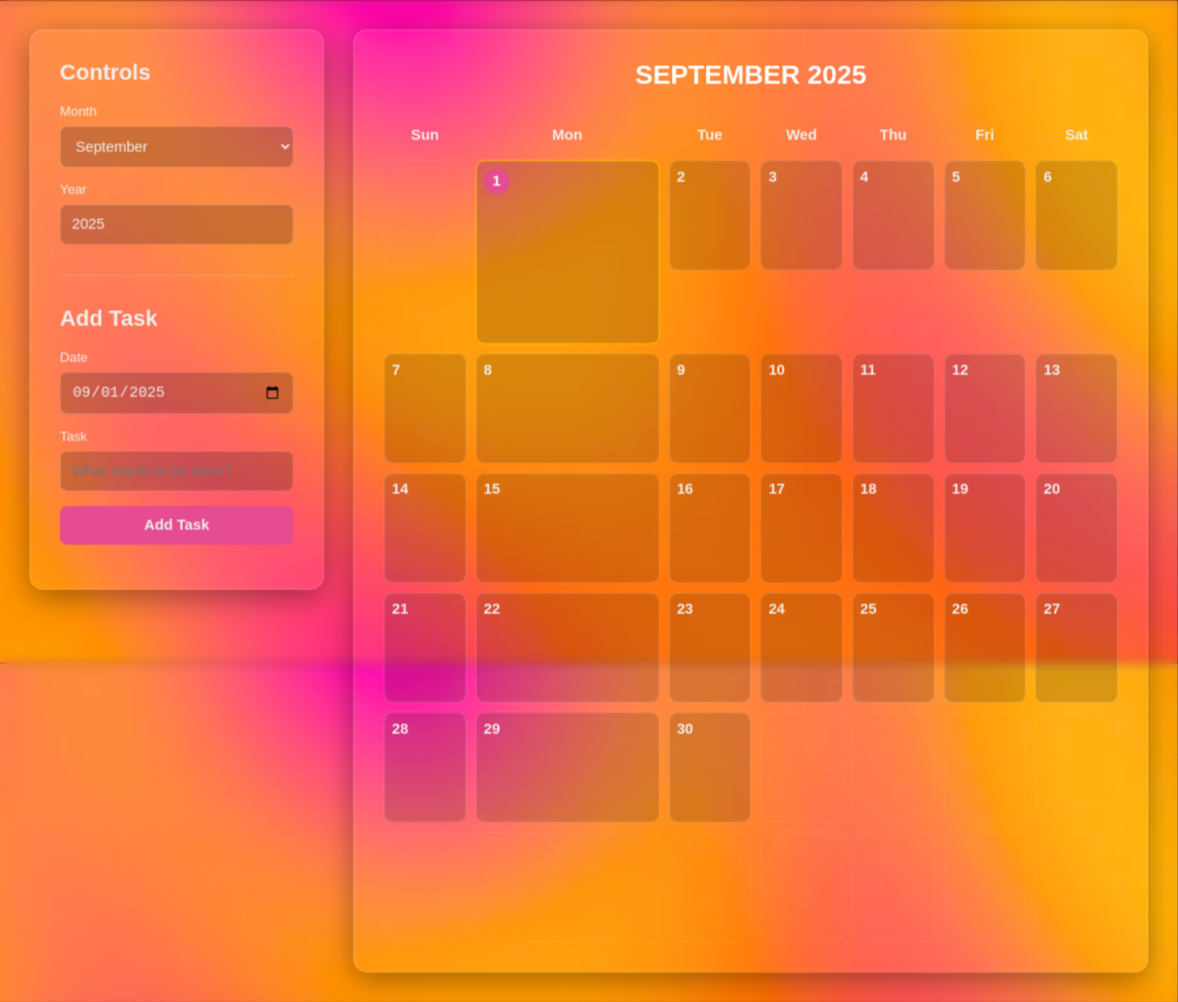
Repository: TanujaNair03/ToDo
Page: static/index.html
An editor plug-in stored every save of this project. The page is shown before and after the next save, followed by the edit.
The browser window is 1280 px wide. The pictures show the whole page, at 92% of full size.
The page's requests for data from a server got no answer. Backgrounds fixed to the window are drawn as part of the page.

Above is the page before, as saved 2025-09-01 16:22:42.

### static/index.html
<!DOCTYPE html>
<html lang="en">
<head>
    <meta charset="UTF-8">
    <meta name="viewport" content="width=device-width, initial-scale=1.0">
    <title>Aesthetic Calendar</title>
    <style>
        :root {
            --glass-bg: rgba(255, 255, 255, 0.05);
            --glass-border: rgba(255, 255, 255, 0.2);
            --text-color: #f0f0f0;
            --accent-primary: #e54c91; /* Pink */
            --accent-secondary: #ffc800; /* Yellow */
        }
        * {
            box-sizing: border-box;
        }

        body {
            font-family: 'Poppins', sans-serif;
            color: var(--text-color);
            margin: 0;
            padding: 2rem;
            min-height: 100vh;
            background-color: #1a1a2e; /* Fallback color */
            background-image: url('./static/aura.jpg'); /* Path to your image */
            background-repeat: no-repeat;
            background-attachment: fixed;
            background-size: cover;
            background-position: center;
            backdrop-filter: blur(5px);
            -webkit-backdrop-filter: blur(10px);
        }

        #app {
            display: flex;
            gap: 2rem;
            width: 100%;
            max-width: 1300px;
            margin: 0 auto;
            align-items: flex-start;
        }

        .glass-pane {
            background: var(--glass-bg);
            backdrop-filter: blur(20px);
            -webkit-backdrop-filter: blur(20px);
            border: 1px solid var(--glass-border);
            box-shadow: 0 8px 32px 0 rgba(0, 0, 0, 0.37);
            border-radius: 15px;
            padding: 2rem;
        }

        .sidebar {
            width: 320px;
            height: fit-content;
            flex-shrink: 0;
        }
        .sidebar h2 { margin-top: 0; color: var(--text-color); }
        .form-group { margin-bottom: 1rem; }
        .form-group label { display: block; margin-bottom: 0.5rem; font-size: 0.9rem; }
        .form-group input, .form-group select, .form-group button {
            width: 100%; padding: 0.75rem; border: 1px solid var(--glass-border);
            border-radius: 8px; background: rgba(0,0,0,0.2);
            color: var(--text-color); font-size: 1rem;
        }
        .form-group button {
            background: var(--accent-primary); cursor: pointer; font-weight: bold;
            transition: background 0.2s ease; border: none;
        }
        .form-group button:hover { background: var(--accent-secondary); color: #1a1a2e; }

        .calendar-container {
            flex-grow: 1;
        }
        .calendar-header { display: flex; justify-content: center; align-items: center; }
        .calendar-header h1 {
            font-size: 1.8rem;
            font-weight: bold;
            color: #ffffff;
            margin: 0;
            text-transform: uppercase;
        }
        .calendar-grid {
            display: grid;
            grid-template-columns: repeat(7, 1fr);
            gap: 10px;
            width: 100%;
            margin-top: 2rem;
            position: relative;
        }
        .day-header { text-align: center; font-weight: bold; color: var(--text-color); padding: 0.5rem 0; }

        .day-cell {
            height: 120px;
            /* REMOVED fixed width to allow grid to be responsive */
            overflow: hidden;
            padding: 8px;
            background: rgba(0, 0, 0, 0.15);
            border: 1px solid var(--glass-border);
            border-radius: 10px;
            transition: transform 0.3s ease, background 0.3s ease, height 0.3s ease;
            cursor: pointer;
        }

        .day-cell > div {
            display: flex;
            flex-direction: column;
            height: 100%;
        }

        .day-cell:hover {
            transform: translateY(-5px);
            background: rgba(255, 255, 255, 0.1);
        }

        /* --- THIS IS THE FIRST PART YOU WERE LOOKING FOR --- */
        /* This rule makes the current day's cell larger by default. */
        .day-cell.today-cell {
            height: 200px;
            width: 200px;
            border: 1px solid var(--accent-secondary);
        }

        .day-cell.expanded {
            height: auto;
            min-height: 200px;
            max-height: 400px;
            min-width: 200px;
            max-width: 400px;
            background: rgba(40, 40, 60, 0.7);
            transform: scale(1.05);
            z-index: 10;
            box-shadow: 0 12px 40px rgba(0, 0, 0, 0.5);
            overflow: hidden;
        }

        .day-cell.other-month {
            background: transparent;
            opacity: 0.4;
            cursor: default;
        }
        .day-number { font-weight: bold; margin-bottom: 8px; }
        .day-number.today {
            background-color: var(--accent-primary); color: white;
            border-radius: 50%; width: 28px; height: 28px;
            display: flex; align-items: center; justify-content: center;
        }
        .task-list {
            list-style: none;
            padding: 0;
            font-size: 0.85rem;
            overflow-y: auto;
            flex-grow: 1;
        }
        .task-item { display: flex; align-items: center; margin-bottom: 4px; gap: 6px; }
        .task-item input[type="checkbox"] { flex-shrink: 0; }
        .task-item span.done { text-decoration: line-through; opacity: 0.6; }

        .task-item span {
            flex-grow: 1;
            overflow-wrap: break-word;
            word-break: normal;
        }
        .edit-input { width: 100%; background: #444; color: white; border: 1px solid var(--accent-primary); border-radius: 4px; padding: 2px; }
        .task-actions { cursor: pointer; margin-left: auto; display: flex; gap: 5px; }

        .more-tasks-indicator {
            font-size: 0.75rem;
            color: var(--accent-secondary);
            text-align: center;
            margin-top: auto;
            padding-top: 10px;
            font-style: italic;
        }
    </style>
</head>
<body>

<div id="app">
    <div class="sidebar glass-pane">
        <h2>Controls</h2>
        <div class="form-group">
            <label for="month">Month</label>
            <select id="month" v-model="selectedMonth">
                <option v-for="(month, index) in months" :value="index + 1">{{ month }}</option>
            </select>
        </div>
        <div class="form-group">
            <label for="year">Year</label>
            <input type="number" id="year" v-model="selectedYear">
        </div>
        <hr style="border-color: rgba(255,255,255,0.2); margin: 2rem 0;">
        <h2>Add Task</h2>
        <form @submit.prevent="addTask">
            <div class="form-group">
                <label for="taskDate">Date</label>
                <input type="date" id="taskDate" v-model="newTask.date" required>
            </div>
            <div class="form-group">
                <label for="taskDesc">Task</label>
                <input type="text" id="taskDesc" v-model="newTask.task" placeholder="What needs to be done?" required>
            </div>
            <div class="form-group">
                <button type="submit">Add Task</button>
            </div>
        </form>
    </div>
    <div class="calendar-container glass-pane">
        <div class="calendar-header">
            <h1>{{ monthName }} {{ selectedYear }}</h1>
        </div>
        <div class="calendar-grid">
            <div class="day-header" v-for="day in dayNames">{{ day }}</div>
            <div v-for="day in calendarDays"
                 class="day-cell"
                 :class="{
                    'other-month': !day.isCurrentMonth,
                    'expanded': day.dateStr === expandedDateStr,
                    'today-cell': day.isToday
                 }"
                 @click="toggleExpandDay(day.dateStr)">
                <div v-if="day.date">
                    <div class="day-number" :class="{'today': day.isToday}">{{ day.date.getDate() }}</div>
                    <ul class="task-list" @click.stop>
                        <li v-for="(task, index) in day.tasks" class="task-item">
                            <template v-if="editingDate === day.dateStr && editingIndex === index">
                                <input type="text" v-model="editingText" @keyup.enter="saveEdit" @keyup.esc="cancelEditing" class="edit-input" v-focus>
                                <div class="task-actions">
                                    <span @click="saveEdit">✔️</span>
                                    <span @click="cancelEditing">❌</span>
                                </div>
                            </template>
                            <template v-else>
                                <input type="checkbox" :checked="task.done" @change="updateTaskStatus(day.dateStr, index, $event.target.checked)">
                                <span :class="{'done': task.done}">{{ task.task }}</span>
                                <div class="task-actions">
                                    <span @click="startEditing(day.dateStr, index, task.task)">✏️</span>
                                    <span @click="deleteTask(day.dateStr, index)">🗑️</span>
                                </div>
                            </template>
                        </li>
                    </ul>
                    <div v-if="day.tasks.length > 2 && day.dateStr !== expandedDateStr" class="more-tasks-indicator">
                        + {{ day.tasks.length - 2 }} more
                    </div>
                </div>
            </div>
        </div>
    </div>
</div>
<script src="https://unpkg.com/vue@3/dist/vue.global.js"></script>
<script>
    const { createApp, ref, computed, onMounted } = Vue;
    const focusDirective = { mounted(el) { el.focus(); } };
    createApp({
        directives: { focus: focusDirective },
        setup() {
            const today = new Date();
            const selectedMonth = ref(today.getMonth() + 1);
            const selectedYear = ref(today.getFullYear());
            const tasks = ref({});
            const newTask = ref({ date: today.toISOString().split('T')[0], task: '' });
            const editingDate = ref(null);
            const editingIndex = ref(null);
            const editingText = ref('');
            const months = ["January", "February", "March", "April", "May", "June", "July", "August", "September", "October", "November", "December"];
            const dayNames = ["Sun", "Mon", "Tue", "Wed", "Thu", "Fri", "Sat"];
            const API_URL = 'http://127.0.0.1:5000/api';
            const expandedDateStr = ref(null);
            const monthName = computed(() => months[selectedMonth.value - 1]);
            const calendarDays = computed(() => {
                const year = selectedYear.value;
                const month = selectedMonth.value - 1;
                const firstDayOfMonth = new Date(year, month, 1).getDay();
                const daysInMonth = new Date(year, month + 1, 0).getDate();
                const daysArray = [];
                let dayCounter = 1;
                for (let i = 0; i < 42; i++) {
                    if (i >= firstDayOfMonth && dayCounter <= daysInMonth) {
                        const dateObj = new Date(year, month, dayCounter);
                        const y = dateObj.getFullYear();
                        const m = String(dateObj.getMonth() + 1).padStart(2, '0');
                        const d = String(dateObj.getDate()).padStart(2, '0');
                        const dateStr = `${y}-${m}-${d}`;
                        daysArray.push({
                            date: dateObj,
                            dateStr: dateStr,
                            isCurrentMonth: true,
                            isToday: dateStr === today.toISOString().split('T')[0],
                            tasks: tasks.value[dateStr] || []
                        });
                        dayCounter++;
                    } else {
                        daysArray.push({ date: null, isCurrentMonth: false, tasks: [] });
                    }
                }
                return daysArray;
            });
            const toggleExpandDay = (dateStr) => {
                if (!dateStr) return;
                if (expandedDateStr.value === dateStr) {
                    expandedDateStr.value = null;
                } else {
                    expandedDateStr.value = dateStr;
                }
            };
            const fetchTasks = async () => {
                const response = await fetch(`${API_URL}/tasks`);
                tasks.value = await response.json();
            };
            const addTask = async () => {
                await fetch(`${API_URL}/tasks`, {
                    method: 'POST',
                    headers: { 'Content-Type': 'application/json' },
                    body: JSON.stringify(newTask.value)
                });
                newTask.value.task = '';
                fetchTasks();
            };
            const updateTaskStatus = async (dateStr, taskIndex, isDone) => {
                await fetch(`${API_URL}/tasks/update`, {
                    method: 'PUT',
                    headers: { 'Content-Type': 'application/json' },
                    body: JSON.stringify({ date: dateStr, taskIndex: taskIndex, done: isDone })
                });
                fetchTasks();
            };
            const startEditing = (dateStr, index, currentText) => {
                editingDate.value = dateStr;
                editingIndex.value = index;
                editingText.value = currentText;
            };
            const cancelEditing = () => {
                editingDate.value = null;
                editingIndex.value = null;
                editingText.value = '';
            };
            const saveEdit = async () => {
                if (!editingText.value.trim()) return;
                await fetch(`${API_URL}/tasks/edit`, {
                    method: 'PUT',
                    headers: { 'Content-Type': 'application/json' },
                    body: JSON.stringify({
                        date: editingDate.value,
                        taskIndex: editingIndex.value,
                        newTaskText: editingText.value
                    })
                });
                cancelEditing();
                fetchTasks();
            };
            const deleteTask = async (dateStr, taskIndex) => {
                if (window.confirm("Are you sure you want to delete this task?")) {
                    await fetch(`${API_URL}/tasks/${dateStr}/${taskIndex}`, { method: 'DELETE' });
                    fetchTasks();
                }
            };
            onMounted(fetchTasks);
            return {
                selectedMonth,
                selectedYear,
                months,
                dayNames,
                monthName,
                calendarDays,
                newTask,
                addTask,
                updateTaskStatus,
                editingDate,
                editingIndex,
                editingText,
                startEditing,
                cancelEditing,
                saveEdit,
                deleteTask,
                expandedDateStr,
                toggleExpandDay,
            };
        }
    }).mount('#app');
</script>
</body>
</html>

After the next save:
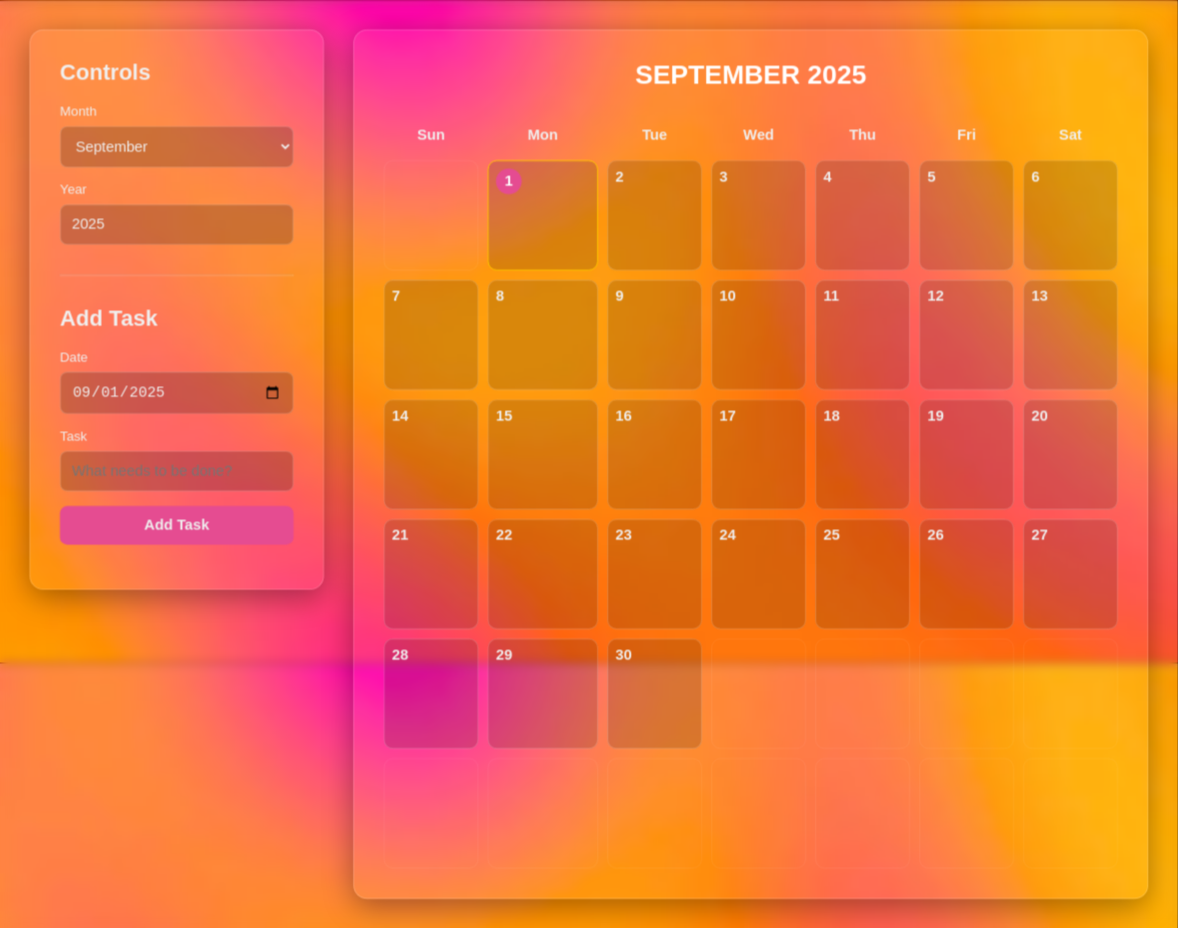
Saved 82 s later.
--- a/static/index.html
+++ b/static/index.html
@@ -114,11 +114,11 @@
             background: rgba(255, 255, 255, 0.1);
         }
 
-        /* --- THIS IS THE FIRST PART YOU WERE LOOKING FOR --- */
-        /* This rule makes the current day's cell larger by default. */
         .day-cell.today-cell {
-            height: 200px;
-            width: 200px;
+            min-height: 120px;
+            min-width: 120px;
+            max-height: 200px;
+            max-width: 200px;
             border: 1px solid var(--accent-secondary);
         }
 
